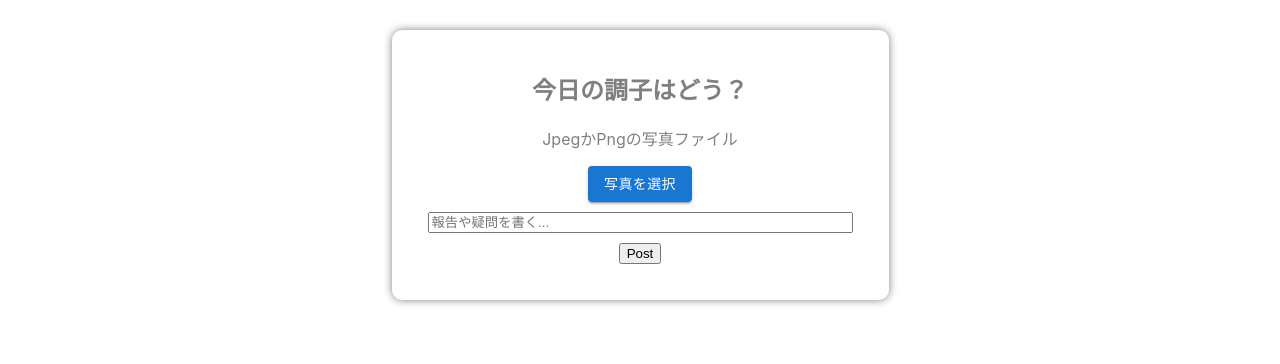
Repository: Seiya00002/seeds_surfers_react_sns
Page: /
These files come from the project's save history. The page is drawn as it stood at one moment and after the next save; the edit follows.
The browser window is 1280 px wide. The pictures show the whole page.
The page's requests for data from a server got no answer. The project was rebuilt for these pictures with package versions that can differ from the ones it lists, and the page was loaded fresh each time. No one was signed in, and anything a server would have sent is missing. Also part of the build but not shown: src/Post.css, src/Post.tsx.

Above is the page before, as saved 2023-08-03 07:48:21.

### src/App.tsx
import React from 'react';
import './App.css';
import { db, storage } from './firebase';
import { useEffect, useState, useRef } from "react";
import { collection, query, orderBy, getDocs, QuerySnapshot } from "firebase/firestore";
import { doc, onSnapshot } from 'firebase/firestore';
import Post from './Post';
import PostUploader from './PostUploader';

function App() {
  const [posts, setPosts] = useState<any>([]);
  // const containerRef = useRef<HTMLDivElement>(null);

  useEffect(() => {
    const q = query(collection(db, 'posts'), orderBy('timestamp', 'desc'));

    const unsubscribe = onSnapshot(q, (querySnapshot) => {
      const postsData = querySnapshot.docs.map((doc) => doc.data());
      setPosts(postsData);
    });

    return () => {
      // コンポーネントがアンマウントされる際にunsubscribeを行う
      unsubscribe();
    };
  }, []);

  // useEffect(() => {
  //   const container = containerRef.current;
  //   if(container){
  //   const scrollHeight = container.scrollHeight;
  //   const scrollTop = container.scrollTop;
  //   const offsetHeight = container.offsetHeight;

  //   container.scrollTop = scrollHeight - (scrollTop + offsetHeight);
  //   }
  // }, [posts]);

  return(
    <div className="App">
      <PostUploader />
      {posts.map((post:any) => (
        <Post key={post.timestamp} post={post} />
      ))}
    </div>
  );
}

export default App;

// 8/2 表示が不具合　・画面が上に推移し消えてしまう

### src/App.css
.App {
  text-align: center;
  display: flex;
  justify-content: center;
  align-items: center;
  width: 100%;
  /* height: 100vh; */
  flex-flow: column;
}

### src/firebase.tsx
import { initializeApp } from "firebase/app";
import { getFirestore } from "firebase/firestore";
import { getStorage } from "firebase/storage";


const firebaseConfig = {
  apiKey: "AIzaSyDRiOj3JAcuLe6c_Ms2hhsjBCCb8lLwSGU",
  authDomain: "seeds-surfers-react-sns.firebaseapp.com",
  projectId: "seeds-surfers-react-sns",
  storageBucket: "seeds-surfers-react-sns.appspot.com",
  messagingSenderId: "1087322797942",
  appId: "1:1087322797942:web:be61f4173bd538ec6e2c57"
};

const app = initializeApp(firebaseConfig);

export const storage = getStorage(app);

export const db = getFirestore(app);

// export default db;
// export default storage;

### src/PostUploader.tsx
import React, { useState}  from "react";
import ImageLogo from "./image.svg";
import "./PostUploader.css";
import { Button } from '@mui/material';
import { db, storage } from "./firebase";
import { ref, uploadBytesResumable, getDownloadURL } from "firebase/storage";
import firebase from "firebase/app";
import "firebase/firestore";
import { addDoc, collection, serverTimestamp } from "firebase/firestore";
import Post from "./Post";


function PostUploader() {
  const [loading, setLoading] = useState<boolean>(false);
  const [isUpLoaded, setUploaded] = useState<boolean>(false);
  const [text, setText] = useState<string>("");
  const [fileUrl, setFileUrl] = useState<any>("");

  const OnFileUploadToFirebase = (e:any) => {
        const file = e.target.files[0];
        const storageRef = ref(storage, 'image/' + file.name);
        const uploadImage = uploadBytesResumable(storageRef, file);

        setLoading(true);

        uploadImage.then((snapshot) => {
          setLoading(false);
          setUploaded(true);
          return getDownloadURL(snapshot.ref);
        })
        .then((url) => {
          setFileUrl(url);
        })
        .catch((error: any) => {
          setLoading(false);
          console.error("画像のアップロードに失敗しました。:", error);
        });
  };

  const onTextUploadToFirebase = () => {
    addDoc(collection(db, "posts"), {
      text:text,
      imageUrl:fileUrl,
      timestamp: serverTimestamp(),
    })
    .then(()=>{
      console.log("投稿が完了しました！");
      setText("");
      setFileUrl("");
      setUploaded(false);
    })
    .catch((error: any) => {
      console.error("エラーが発生しました。:",error);
    });
  };

  return (
    <>
      {loading ?(
        <h2>画像アップロード中・・・</h2>
      ) : (
        <>
          {isUpLoaded ? (
            <>
              <div className="outerBox">
                <h2>画像アップロード完了しました！</h2>

                <form id="post">
                  <label>
                    <input
                      type="text"
                      placeholder="報告や疑問を書く..."
                      size={50}
                      maxLength={500}
                      value={text}
                      onChange={e => setText(e.target.value)}
                    />
                  </label>
                  </form>
                  <input
                    type="button"
                    form="post"
                    value="Post"
                    onClick={onTextUploadToFirebase}
                  />
              </div>
            </>
            ) : (
              <div className="outerBox">
                <div className="title">
                  <h2>今日の調子はどう？</h2>
                  <p>JpegかPngの写真ファイル</p>
                </div>
                {/* <div className="imageUplodeBox">
                  <div className="imageLogoAndText">
                    <img src={ImageLogo} alt="imagelogo" />
                    <p>ここにドラッグ＆ドロップしてね</p>
                  </div>
                  <input
                  className="imageUploadInput"
                  multiple name="imageURL"
                  type="file"
                  accept=".png, .jpeg, .jpg"
                  onChange={OnFileUploadToFirebase}
                  />
                </div> */}
                {/* <p>または</p> */}
                <Button variant="contained">
                  写真を選択
                  <input
                  className="imageUploadInput"
                  type="file"
                  accept=".png, .jpeg, .jpg"
                  onChange={OnFileUploadToFirebase}
                  />
                </Button>
                <form id="post">
                  <label>
                    <input
                      type="text"
                      placeholder="報告や疑問を書く..."
                      className="textPost"
                      size={50}
                      maxLength={500}
                      value={text}
                      onChange={e => setText(e.target.value)}
                    />
                  </label>
                  </form>
                  <input
                    type="button"
                    className="textUploadInput"
                    form="post"
                    value="Post"
                    onClick={onTextUploadToFirebase}
                  />
              </div>
            )
          }
        </>
      )}
    </>
  );
};

export default PostUploader;

### src/PostUploader.css
.outerBox {
    margin: 30px 0;
    display: flex;
    flex-direction: column;
    align-items: center;
    justify-content: center;
    text-align: center;
    border: none;
    padding: 36px;
    border-radius: 10px;
    box-shadow: 0px 0px 8px gray;
    color: gray;
  }

  .outerBox h2 {
    font-weight: 600;
    margin-top: 5px;
  }

  .imageUplodeBox {
    border: 2px dashed #2d6395;
    padding: 35px 60px;
    position: relative;
  }

  .imageLogoAndText p {
    margin-bottom: 0px;
  }

  .imageUploadInput {
    opacity: 0;
    position: absolute;
    top: 0;
    left: 0;
    width: 100%;
    height: 100%;
    cursor: pointer;
  }

  .textPost {
    margin: 10px 0;
  }

  .textUploadInput {

  }

Loaded but not shown: public/index.html (common file); src/index.tsx (common file); src/index.css (common file); src/reportWebVitals.ts (common file)

After the next save:
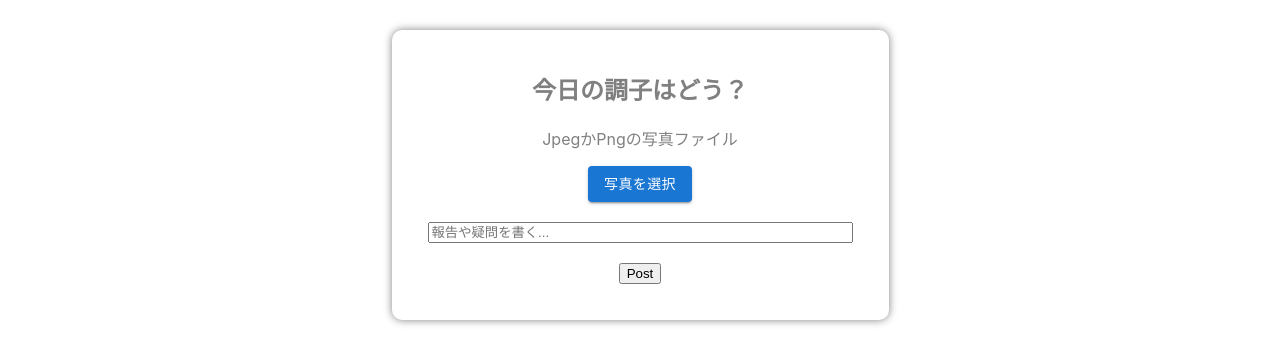
Saved 4 s later.
--- a/src/PostUploader.css
+++ b/src/PostUploader.css
@@ -38,7 +38,7 @@
   }
 
   .textPost {
-    margin: 10px 0;
+    margin: 20px 0;
   }
 
   .textUploadInput {
